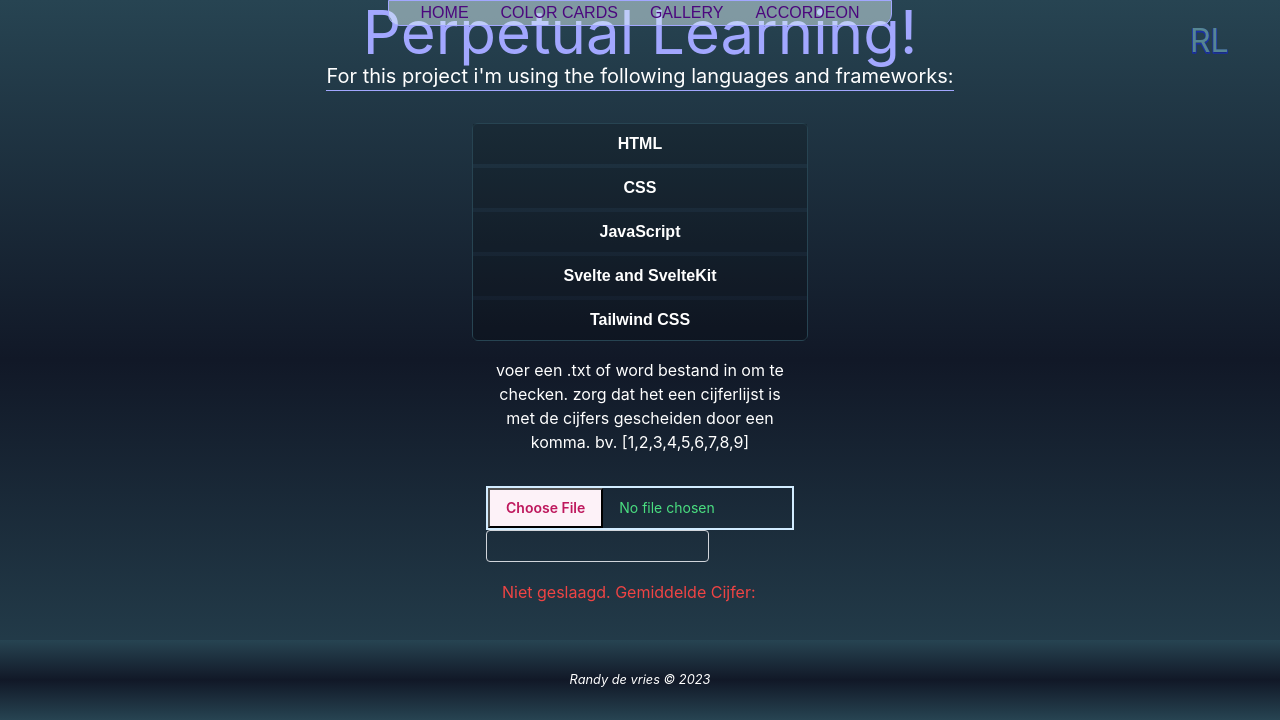
Repository: Freezler/svelte-app
Page: /links
These files come from the project's save history. The page is drawn as it stood at one moment and after a run of saves; the edit follows.
The browser window is 1280 px wide. The pictures show the whole page.
The project was rebuilt for these pictures with package versions that can differ from the ones it lists, and the page was loaded fresh each time. The framework's server and built-in components were replaced by stand-ins that run in the browser. Also part of the build but not shown: svelte.config.js, vite.config.js.

Above is the page before, as saved 2023-11-12 12:32:34.

### src/app.html
<!DOCTYPE html>
<html lang="en">
	<head>
		<meta charset="utf-8" />
		<link rel="icon" href="%sveltekit.assets%/favicon.png" />
		<meta name="viewport" content="width=device-width" />
		%sveltekit.head%
		<title>SvelteKitProject</title>
	</head>
	<body data-sveltekit-preload-data="hover">
		<div style="display: contents">%sveltekit.body%</div>
	</body>
</html>

### src/routes/+layout.svelte
<script>
  import '../app.css';
  import Navbar from '../components/Navbar.svelte';
  import Footer from '../components/Footer.svelte';
</script>

<html lang="en" class="select-none scroll-smooth">
  <head>
    <!-- Add any necessary head content here -->
  </head>
  <body class=" flex flex-col h-full overflow-scroll">
    <Navbar />
    <main>
      <slot />
    </main>
    <Footer />
  </body>
</html>

### src/routes/links/+page.svelte
<script>
	import { onDestroy, onMount } from 'svelte';
	onMount(() => console.log('Mounted Links page'));
	onDestroy(() => console.log('Unmounted Links page'));
	import CijferlijstInput from '../../components/CijferlijstInput.svelte';
	import Accordion from '../../components/Accordion.svelte';

</script>

<main
	class=" z-100 flex h-screen scroll-smooth justify-center items-center w-screen flex-col bg-gradient-to-b from-astral-900 via-gray-900 to-astral-900 overflow-scroll pb-24"
>
<div class="flex flex-col w-[100%] items-center justify-center font-sans h-screen ">
	<h1 class="animate-slow-slide-down text-3xl sm:text-5xl md:text-6xl xl:8xl text-purpleone-300  ">Perpetual Learning!</h1>
	<p class="animate-slow-slide-up text-xs sm:text-[16px] md:text-xl xl:2xl text-white border-b-[1px]  border-purpleone-300 text-purpleone600">For this project i'm using the following languages and frameworks:</p>
	<Accordion />
</div>
<div class="flex flex-col w-[100%] items-center justify-center"></div>
		<CijferlijstInput />
</main>

### src/app.css
@import 'tailwindcss/base';
@import 'tailwindcss/components';
@import 'tailwindcss/utilities';

/* Your custom CSS goes here */
body {
	scroll-behavior: smooth;
}

body * {
	-moz-scrollbar-width: none;
	scrollbar-width: none;
	-ms-overflow-style: none;
}

### src/components/Navbar.svelte
<script>
	let showNav = false;

	const toggleNav = () => {
		showNav = !showNav;
		const body = document.body;

		if (showNav) {
			body.classList.add('overflow-hidden');
		} else {
			body.classList.remove('overflow-hidden');
		}
	};
</script>

<nav
	class=" fixed bottom-0 z-40 flex h-20 w-[100%] select-none items-center justify-between text-center antialiased focus:select-none md:right-0 md:top-0 md:justify-center"
>
	<a href="/" class="ml-3 flex h-16 select-none items-center focus:select-none "
		><svg
			class="flex h-20 animate-pulse md:right-0 md:absolute"
			version="1.1"
			xmlns="http://www.w3.org/2000/svg"
			width="100"
			height="100"
			viewBox="0 0 100 100"
		>
			<!-- Outline -->
			<text
				class="select-none focus:select-none shadow-xl animate-slow-slide-down "
				x="0"
				y="66"
				font-size="40"
				fill="red3"
				stroke="#12ff"
				stroke-width="2"
				stroke-linejoin="round">RL</text
			>
			<!-- Text -->
			<text class="animate-slow-slide-in" x="0" y="65" font-size="40" fill="#87ccd9">RL</text>
		</svg></a
	>

	<!-- Hamburger voorS  mobile/kleine schermen -->
	<button
		class=" mr-8 select-none text-white focus:select-none active:select-none md:hidden"
		on:click={toggleNav}
	>
		<div class="relative flex h-6 w-6 items-center">
			<span
				class={' absolute block h-[2px] w-5 origin-center bg-blueone-50 transition-transform'}
				class:rotate-45={showNav}
				class:top-2={!showNav}
			></span>
			<span
				class={'z-2000 absolute block h-[2px] w-5 origin-center bg-white blur-none transition-transform'}
				class:-rotate-45={showNav}
				class:bottom-2={!showNav}
			></span>
			<span
				class={'z-2000 absolute block h-[2px] w-5 origin-center bg-white blur-none transition-transform'}
				class:-rotate-45={showNav}
				class:bottom-2={!showNav}
			></span>
		</div>
	</button>

	<div
		class={`absolute top-0 z-50	hidden  -[80px] select-none rounded-b-xl text-purplethree-950  font-display uppercase  items-center justify-center gap-8 px-8 border-[1px] border-purpleone-300   bg-astral-100 bg-opacity-50  bg-cover bg-center    md:flex ${
			showNav ? 'hidden' : 'block'
		}`}
	>
	    <a href="/" class="hover:text-cyan-200 hover:bg-slate-500 ">Home</a>
		<a href="/blogs" class="hover:text-cyan-200 hover:bg-slate-500  ">Color Cards</a>
		<a href="/about" class="hover:text-cyan-200 hover:bg-slate-500">Gallery</a>
		<a href="/links" class="hover:text-cyan-200 hover:bg-slate-500">Accordeon</a>
	</div>
</nav>

<!-- Conditional Mobile Menu Overlay -->
{#if showNav}
	<div
		class=" fixed inset-0 z-50 flex animate-slow-fade-in select-none items-center justify-center bg-gray-800 bg-opacity-40 backdrop-blur-[2px]"
		on:click={toggleNav}
		on:keypress={toggleNav}
		role="button"
		tabindex="0"
	>
		<div
			class="absulute flex select-none flex-col items-center text-2xl text-gray-200 opacity-100 transition-opacity duration-100 ease-in-out"
		>
			<a href="/" tabindex="0" class="text-cyan-200"
				><svg xmlns="http://www.w3.org/2000/svg" width="80" height="80" viewBox="0 0 80 80">
					<!-- Outline -->
					<text
						x="16"
						y="50"
						font-family="Inter"
						font-size="40"
						fill="cyan"
						stroke="#dfe2ff"
						stroke-width="6"
						stroke-linejoin="round">RL</text
					>
					<!-- Text -->
					<text x="16" y="50" font-family="Inter" font-size="40" fill="indigo">RL</text>
				</svg>
				<hr class="mb-6 w-full border-bluetwo-400" /></a
			>
			<a href="/projects" tabindex="0" class="text-[#b910377e]">under construction..</a>
			<a href="/blogs" tabindex="0" class="text-[#dfe2ff]">Color Cards</a>
			<a href="/about" tabindex="0" class="text-[#dfe2ff]">Gallery</a>
			<a href="/links" tabindex="0" class="text-[#dfe2ff]">Accordeon</a>
		</div>
	</div>
{/if}

### src/components/Footer.svelte
<script>
</script>

<div class="bg-opacity-70 bg-gradient-to-b from-astral-900 via-gray-900 to-astral-900 bg-cover bg-center bg-no-repeat bg-blone-300  fixed w-screen bottom-0 h-20 flex items-center p-0 m-0">
  <div class="flex w-full items-center justify-around">
	<!-- GitHub icon -->
	<small class="text-white italic">Randy de vries &copy; {new Date().getFullYear()}</small>
  </div>
</div>

### src/components/CijferlijstInput.svelte
<!-- FileInput.svelte -->
<script>
  import { onMount } from 'svelte';

  export let fileContent = '';
  export let isSuccess = false;
  let gemiddeldeCijfer = '';

  function calculateGemiddeldeCijfer(content) {
  const cijfers = content
    .split('\n')
    .filter(line => line.trim() !== '')
    .map(Number);

  console.log('cijfers:', cijfers);

  const totaal = cijfers.reduce((acc, curr) => acc + curr, 0);
  console.log('totaal:', totaal);

  const gemiddelde = totaal / cijfers.length;
  console.log('gemiddelde:', gemiddelde);

  return gemiddelde;
}

  function handleFileInput(event) {
	const file = event.target.files[0];

	if (file) {
	  file.text().then(content => {
		if (content.trim() !== '') {
		  fileContent = content;
		  isSuccess = true;
		  gemiddeldeCijfer = calculateGemiddeldeCijfer(fileContent);
		}
	  });
	}
  }


</script>
<div class="text-center text-white -translate-y-4 w-[300px]"><h3>voer een .txt of word bestand in om te checken.
	zorg dat het een cijferlijst is met de cijfers gescheiden door een komma. bv. [1,2,3,4,5,6,7,8,9]
</h3></div>
<div class="p-4 min-w-[340px]">
	<input
	  type="file"
	  accept=".txt, .doc, .docx"
	  on:change={handleFileInput}
	  class="border-2 border-blueone-100 valid:text-green-400 invalid:text-red-500 block w-full text-sm text-slate-500 file:mr-4 file:py-2 file:px-4 file:rounded- file:border-1 file:text-sm file:font-semibold file:bg-pink-50 file:text-pink-700 hover:file:bg-pink-100"
	/>
	<textarea bind:value={fileContent} class="text-white h-[2rem] focus:outline-none resize-none w-[content] min-w-[content] bg-transparent border-[1px] select-none border-gray-300 rounded p-2"></textarea>

	{#if isSuccess}
	  <h3 class="w-[300px] text-green-500 mt-2 mx-auto px-3 py-1">Van harte gefeliciteerd, je bent geslaagd! Gemiddelde Cijfer: {gemiddeldeCijfer}</h3>
	{:else}
	  <h3 class="w-[300px] text-red-500 mt-2 mx-auto px-3 py-1">Niet geslaagd. Gemiddelde Cijfer: {gemiddeldeCijfer}</h3>
	{/if}
  </div>

### src/components/Accordion.svelte
<script>
	let panels = [
		{
			title: 'HTML',
			content:
				'HTML is the standard markup language for documents designed to be displayed in a web browser.'
		},
		{ title: 'CSS', content: 'CSS is used to define styles for your web pages' },
		{
			title: 'JavaScript',
			content: 'JavaScript is used to add interactivity to your web pages'
		},
		{
			title: 'Svelte and SvelteKit',
			content: 'Svelte and SvelteKit are both JavaScript frameworks'
		},
		{ title: 'Tailwind CSS', content: 'Tailwind CSS is a utility-first CSS framework' }
	];

	let expandedPanel = null;

	function togglePanel(panel) {
		if (expandedPanel === panel) {
			expandedPanel = null;
		} else {
			expandedPanel = panel;
		}
	}
</script>

<div class="bg-transparent animate-slow-slide-up z-60 wrapper max-w-[400px] mx-auto mt-[0] w-[80%] text-center rounded-sm p-8">
	<div class="flex flex-col space-y-1  rounded-md border-[1px] border-astral-900">
		{#each panels as panel}
			<!-- svelte-ignore a11y-no-static-element-interactions -->
			<div
				class="relative isolate animate-fast-fade-in overflow-hidden"
				on:click={() => togglePanel(panel)}
				on:keydown={() => togglePanel(panel)}
				aria-roledescription="accordion"
			>
				<div class="" aria-expanded={panel === expandedPanel}>
					<!-- svelte-ignore empty-block -->
					{#if panel === expandedPanel}{/if}
					<div
						class="relative isolate grid place-items-center bg-[rgba(0,0,0,0.2)] p-2 font-display font-bold text-white"
					>
						{panel.title}
					</div>
				</div>
				{#if expandedPanel === panel}
					<div
						class="max-w-[100%] z-20 animate-slow-fade-in bg-astral-900 bg-opacity-70 px-6 py-0"
					>
						<svg
							xmlns="http://www.w3.org/2000/svg"
							class="icon icon-tabler icon-tabler-chevron-up mx-auto animate-pulse"
							width="24"
							height="24"
							viewBox="0 0 24 24"
							stroke-width="1.5"
							stroke="white"
							fill="rgba(39, 68, 82, 100%)"
							stroke-linecap="round"
							stroke-linejoin="round"
						>
							<path stroke="none" d="M0 0h24v24H0z" fill="transparent" />
							<polyline points="6 15 12 9 18 15" />
						</svg>
						<p class="text-white pb-3">
							{panel.content}
						</p>
					</div>
				{/if}
			</div>
		{/each}
	</div>
</div>

### tailwind.config.js
/** @type {import('tailwindcss').Config} */
const plugin = require('tailwindcss/plugin');
export default {
	content: ['./src/**/*.{html,js,svelte,ts}'],
	theme: {
		extend: {

			animation: {
				btnPulse: ' btnPulse 1s infinite',
				'spin-slow': 'spin 3s linear infinite',
				'spin-fast': 'spin 1s linear infinite',
				'slow-fade-in': 'fade-in 0.7s ease-in-out',
				'fast-fade-in': 'fade-in 0.5s ease-in-out',
				'slow-fade-out': 'fade-out 0.5s ease-in-out',
				'fast-fade-out': 'fade-out 0.7s ease-in-out',
				'slow-slide-in': 'slide-in 0.6s ease-in-out',
				'fast-slide-in': 'slide-in 3s ease-in-out',
				'slow-slide-up': 'slide-up 0.6s cubic-bezier(0.215, 0.61, 0.355, 1)',
				'slow-slide-out': 'slide-out 0.6s ease-in-out',
				'fast-slide-out': 'slide-out 0.3s ease-in-out',
				'ani-translate-y': 'translate-y 5s ease-in-out',
				'fast-slide-up': 'slide-up 0.5s cubic-bezier(0.215, 0.61, 0.355, 1)',
				'slow-slide-down': 'slide-down 0.6s cubic-bezier(0.215, 0.61, 0.355, 1)',
				'burger-smooth': 'burger-smooth 2s ease-in-out',
			    'wave': 'wave .9s ease-in-out',
			},
			keyframes: {
				'fade-in': {
					'0%': { opacity: '0' },
					'100%': { opacity: '1' }
				},
				'fade-out': {
					'0%': { opacity: '1' },
					'100%': { opacity: '0' }
				},
				'slide-in': {
					'0%': { transform: 'translateX(-240px)' },
					'100%': { transform: 'translateX(0)' }
				},
				'slide-out': {
					'0%': { transform: 'translateX(0)' },
					'100%': { transform: 'translateX(-100%)' }
				},
				'translate-y': {
					'0%': { transform: 'translateY(0)' },
					'100%': { transform: 'translateY(-100%)' }
				},
				wave: {
					'0%': { transform: 'rotate(0deg)' },
					'25%': { transform: 'rotate(45deg)' },
					'50%': { transform: 'rotate(35deg)' },
					'100%': { transform: 'rotate-45deg)' }
				},
				'slide-up': {
					'0%': { transform: 'translateY(240px)' },
					'100%': { transform: 'translateY(0)' }
				},
				'slide-down': {
					'0%': { transform: 'translateY(-400px)' },
					'100%': { transform: 'translateY(0px)' }
				},
				'btnPulse': {
					'0%': { transform: 'scale(1))' },
					'50%': { transform: 'scale(0.9)' },
					'100%': { transform: 'scale(1)' }
				}
			},

			fontFamily: {
				sans: ['Inter', 'Arial', 'Helvetica', 'sans-serif'],
				serif: ['Georgia', 'serif'],
				mono: ['Menlo', 'Monaco', 'Courier New', 'monospace'],
				display: ['Oswald', 'sans-serif'],
				handwriting: ['Pacifico', 'cursive']
			},
			colors: {
				blueone: {
					50: '#e6f5ff',
					100: '#d2ecff',
					200: '#aedaff',
					300: '#7dbfff',
					400: '#4b94ff',
					500: '#2268ff',
					600: '#003bff',
					700: '#003fff',
					800: '#0035d7',
					900: '#0830a7',
					950: '#072383'
				},
				bluetwo: {
					50: '#f3f6fb',
					100: '#e4e9f5',
					200: '#d0daed',
					300: '#afc2e1',
					400: '#89a2d1',
					500: '#6c85c5',
					600: '#596db7',
					700: '#4e5da7',
					800: '#454e8a',
					900: '#3b436d',
					950: '#272b44'
				},
				bluethree: {
					50: '#f2f6fc',
					100: '#e3ebf6',
					200: '#cdddf0',
					300: '#aac6e6',
					400: '#81a8d9',
					500: '#638cce',
					600: '#4f73c1',
					700: '#4561b0',
					800: '#3d5190',
					900: '#2c395f',
					950: '#242c47'
				},
				astral: {
					50: '#f0fafb',
					100: '#d9f0f4',
					200: '#b8e2e9',
					300: '#87ccd9',
					400: '#4fadc1',
					500: '#328ea3',
					600: '#2d768d',
					700: '#2b6173',
					800: '#2a5160',
					900: '#274452',
					950: '#152c37'
				},
				greenone: {
					50: '#f5ffe5',
					100: '#e6ffc7',
					200: '#cdff96',
					300: '#9ffc41',
					400: '#8bf328',
					500: '#6cd909',
					600: '#50ae02',
					700: '#3e8407',
					800: '#34680c',
					900: '#2c580f',
					950: '#143102'
				},
				greentwo: {
					50: '#f1fcf5',
					100: '#dff9e9',
					200: '#c0f2d4',
					300: '#8fe6b2',
					400: '#56d289',
					500: '#30b768',
					600: '#26aa5d',
					700: '#1e7743',
					800: '#1d5e39',
					900: '#194e31',
					950: '#082b19'
				},
				greenthree: {
					50: '#f2f7f4',
					100: '#dfece3',
					200: '#c1d9ca',
					300: '#98bda8',
					400: '#6b9c82',
					500: '#518a6e',
					600: '#37644f',
					700: '#2c5040',
					800: '#254035',
					900: '#1f352b',
					950: '#101e18'
				},
				roseone: {
					50: '#fef1fa',
					100: '#fde6f7',
					200: '#feccf1',
					300: '#fea3e4',
					400: '#fc6ad0',
					500: '#f74bbf',
					600: '#e61c9a',
					700: '#c90d7d',
					800: '#a60e66',
					900: '#8a1158',
					950: '#550232'
				},
				purpleone: {
					50: '#edf0ff',
					100: '#dfe2ff',
					200: '#c5caff',
					300: '#a2a7ff',
					400: '#7f7cfd',
					500: '#6d5ef6',
					600: '#5e40eb',
					700: '#5d41d3',
					800: '#412ca7',
					900: '#382b84',
					950: '#22194d'
				},
				purpletwo: {
					50: '#fcf3ff',
					100: '#fae7ff',
					200: '#f3ceff',
					300: '#eea7ff',
					400: '#e473ff',
					500: '#d12ef6',
					600: '#bc1edb',
					700: '#9f15b6',
					800: '#841494',
					900: '#6f1679',
					950: '#490151'
				},
				purplethree: {
					50: '#faf5ff',
					100: '#f3e8ff',
					200: '#ead4ff',
					300: '#d9b3ff',
					400: '#c282fe',
					500: '#aa53f9',
					600: '#9530ed',
					700: '#801fd1',
					800: '#6d1faa',
					900: '#591a89',
					950: '#4b077e'
				},
				rosetwo: {
					50: '#fef1f8',
					100: '#fee5f3',
					200: '#ffcae8',
					300: '#ff9fd4',
					400: '#ff64b5',
					500: '#fe1f8a',
					600: '#ef1372',
					700: '#d00657',
					800: '#ac0848',
					900: '#8f0c3f',
					950: '#580021'
				},
				redone: {
					50: '#fff0f0',
					100: '#ffdede',
					200: '#ffc2c2',
					300: '#ff9898',
					400: '#ff5d5d',
					500: '#ff2b2b',
					600: '#f70808',
					700: '#d00505',
					800: '#ac0808',
					900: '#8e0e0e',
					950: '#4e0101'
				},
				redtwo: {
					50: '#fcf4f4',
					100: '#fae6e6',
					200: '#f7d1d1',
					300: '#f0b1b1',
					400: '#e58484',
					500: '#d75c5c',
					600: '#be3c3c',
					700: '#a33232',
					800: '#872d2d',
					900: '#712b2b',
					950: '#3d1212'
				},
				greyone: {
					50: '#f6f6f6',
					100: '#e7e7e7',
					200: '#d1d1d1',
					300: '#b0b0b0',
					400: '#888888',
					500: '#6d6d6d',
					600: '#5d5d5d',
					700: '#4f4f4f',
					800: '#454545',
					900: '#3d3d3d',
					950: '#050505'
				},
				greytwo: {
					50: '#f4f5fa',
					100: '#e7e9f2',
					200: '#d4d7e9',
					300: '#b6bcda',
					400: '#939bc7',
					500: '#797fb8',
					600: '#6769a9',
					700: '#5c5b9a',
					800: '#504e7f',
					900: '#444266',
					950: '#232232'
				}
			}
		},
		screens: {
			// default is oudere schermen erg klein!  -->
			xxxs: '360px', // modernere kleine schermen
			xxs: '480px', // Extra extra small screen size
			xs: '640px', // Extra small screen size
			sm: '768px', // Small screen size
			md: '1024px', // Medium screen size
			lg: '1280px', // Large screen size
			xl: '1440px', // Extra large screen size
			xxl: '1920px', // Extra extra large screen size
			xxxl: '3840px' // 4K screen size (3840px)
			// Je kunt meer schermformaten toevoegen indien nodig
		},

		fonts: {
			sans: ['Inter', 'Arial', 'Helvetica', 'sans-serif'],
			serif: ['Georgia', 'serif'],
			mono: ['Bebas Neue','Monaco', 'Courier New', 'monospace'],
			display: ['San-francisco', 'sans-serif'],
			handwriting: ['Pacifico', 'cursive']
		},
		textShadow: {
			sm: '0 1px 2px var(--tw-shadow-color)',
			DEFAULT: '0 2px 4px var(--tw-shadow-color)',
			lg: '0 8px 16px var(--tw-shadow-color)'
		}
	},
	plugins: [
		plugin(function ({ matchUtilities, theme }) {
			matchUtilities(
				{
					'text-shadow': (value) => ({
						textShadow: value
					})
				},
				{ values: theme('textShadow') }
			);
		})
	]
};

After the next 3 saves:
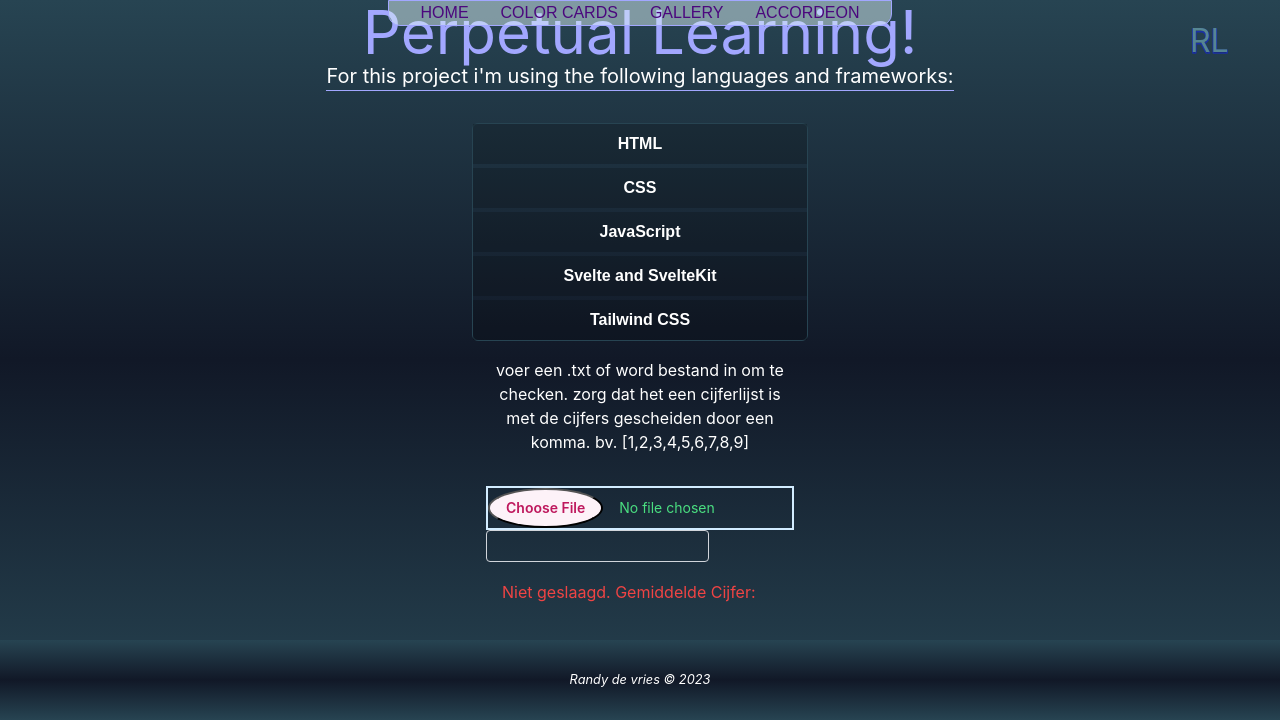
The 3 saves are shown as one change because they came seconds apart.
The last was saved 8 s later.
--- a/src/components/CijferlijstInput.svelte
+++ b/src/components/CijferlijstInput.svelte
@@ -47,7 +47,7 @@
 	  type="file"
 	  accept=".txt, .doc, .docx"
 	  on:change={handleFileInput}
-	  class="border-2 border-blueone-100 valid:text-green-400 invalid:text-red-500 block w-full text-sm text-slate-500 file:mr-4 file:py-2 file:px-4 file:rounded- file:border-1 file:text-sm file:font-semibold file:bg-pink-50 file:text-pink-700 hover:file:bg-pink-100"
+	  class="border-2 border-blueone-100 valid:text-green-400 invalid:text-red-500 block w-full text-sm text-slate-500 file:mr-4 file:py-2 file:px-4 file:rounded-[50%] file:border-1 file:text-sm file:font-semibold file:bg-pink-50 file:text-pink-700 hover:file:bg-pink-100"
 	/>
 	<textarea bind:value={fileContent} class="text-white h-[2rem] focus:outline-none resize-none w-[content] min-w-[content] bg-transparent border-[1px] select-none border-gray-300 rounded p-2"></textarea>
 

After the save that followed:
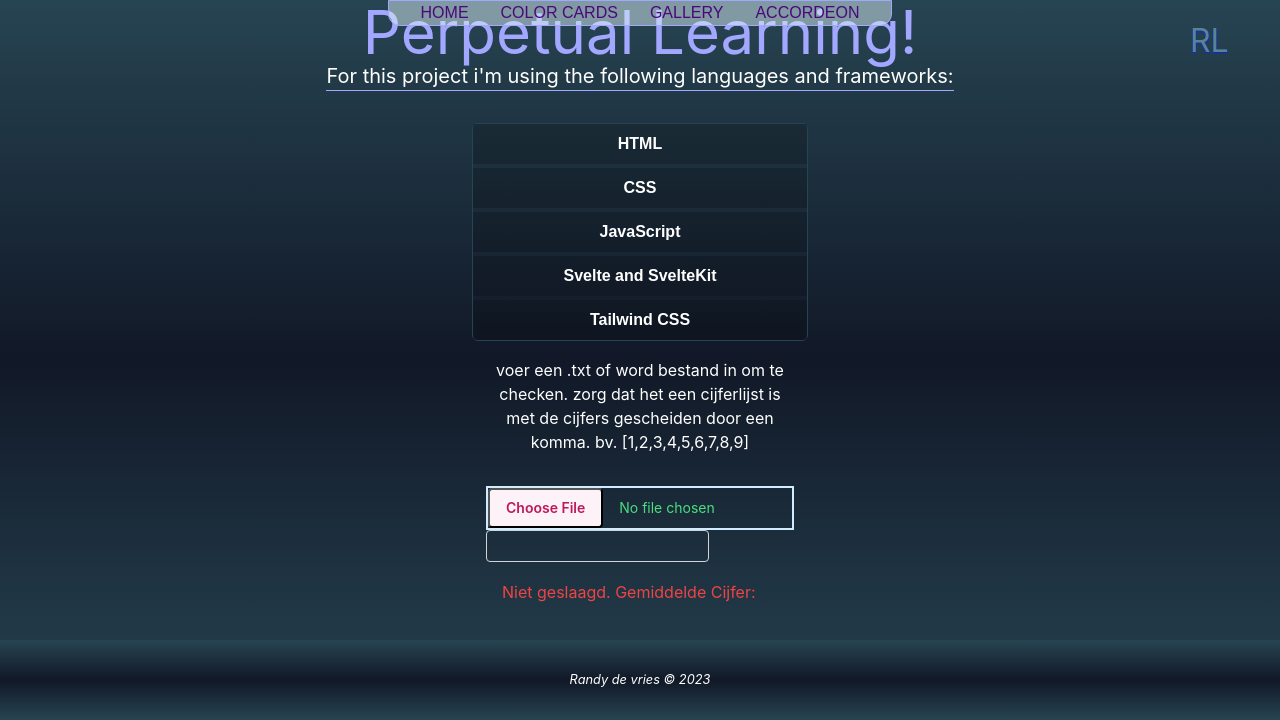
Saved 8 s later.
--- a/src/components/CijferlijstInput.svelte
+++ b/src/components/CijferlijstInput.svelte
@@ -47,7 +47,7 @@
 	  type="file"
 	  accept=".txt, .doc, .docx"
 	  on:change={handleFileInput}
-	  class="border-2 border-blueone-100 valid:text-green-400 invalid:text-red-500 block w-full text-sm text-slate-500 file:mr-4 file:py-2 file:px-4 file:rounded-[50%] file:border-1 file:text-sm file:font-semibold file:bg-pink-50 file:text-pink-700 hover:file:bg-pink-100"
+	  class="border-2 border-blueone-100 valid:text-green-400 invalid:text-red-500 block w-full text-sm text-slate-500 file:mr-4 file:py-2 file:px-4 file:rounded-[4px] file:border-1 file:text-sm file:font-semibold file:bg-pink-50 file:text-pink-700 hover:file:bg-pink-100"
 	/>
 	<textarea bind:value={fileContent} class="text-white h-[2rem] focus:outline-none resize-none w-[content] min-w-[content] bg-transparent border-[1px] select-none border-gray-300 rounded p-2"></textarea>
 
